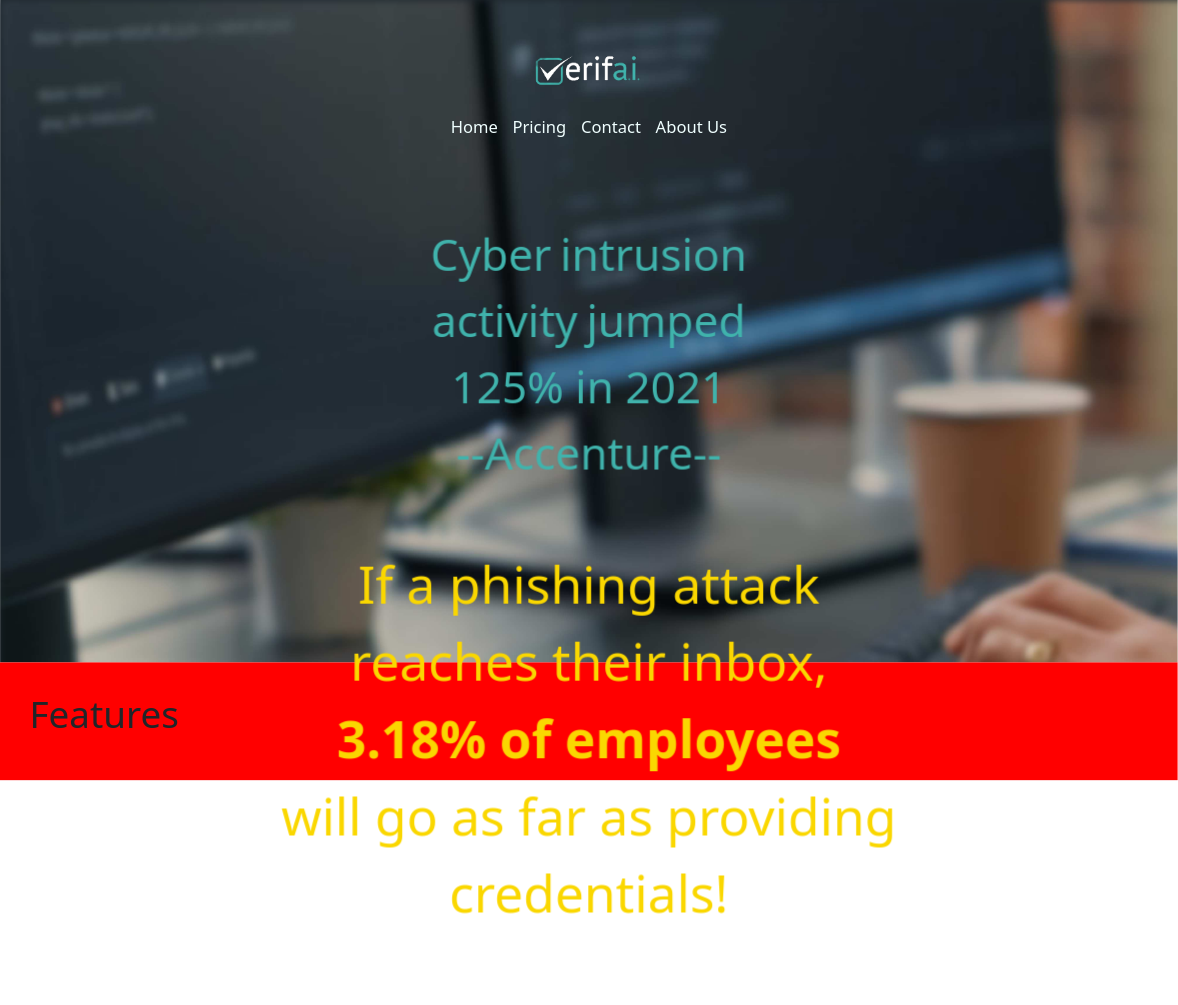
Repository: Ali-VB/verif-website
Page: /
These files come from the project's save history. The page is drawn as it stood at one moment and after the next save; the edit follows.
The browser window is 1280 px wide. The pictures show the whole page, at 92% of full size.
The project was rebuilt for these pictures with package versions that can differ from the ones it lists, and the page was loaded fresh each time.

Above is the page before, as saved 2022-04-19 10:01:04.

### src/index.css
 body {
  margin: 0;
  padding: 0;
  font-family: -apple-system, BlinkMacSystemFont, 'Segoe UI', 'Roboto', 'Oxygen',
    'Ubuntu', 'Cantarell', 'Fira Sans', 'Droid Sans', 'Helvetica Neue',
    sans-serif;
  -webkit-font-smoothing: antialiased;
  -moz-osx-font-smoothing: grayscale;
}

/* code {
  font-family: source-code-pro, Menlo, Monaco, Consolas, 'Courier New',
    monospace;
}  */

### src/App.js
import React from "react";
import './App.css'
import Navbar from './components/Navbar/Navbar';
import Features from './components/Features/Features'
import Header from './components/Header/Header'


function App() {
  return (
    <div>
      <div className="nav-bg">
        <Navbar />
        <Header />

      </div>
       <Features />
    </div>

  );
}

export default App;

### src/App.css

.nav-bg{
    background-image: url("./Assets/imgs/nav-bg.png");
    height: 100vh;
}

### src/components/Navbar/Navbar.jsx
import React from "react";
import "./Navbar.css";
import verifLogo from "../../Assets/imgs/logo_verif_white.png";
import Header from "../Header/Header";

function Navbar() {
  return (
    <div className="container">
      <div className=" navbar">
        <img className="verif-logo" src={verifLogo} alt="verif-logo" />
        <ul className="navLink">
          <li>Home</li>
          <li>Pricing</li>
          <li>Contact</li>
          <li>About Us</li>
        </ul>
      </div>
    </div>
  );
}

export default Navbar;

### src/components/Features/Features.jsx
import React from 'react'
import './Features.css'
const Features = () => {
  return (
    <div>
      <div className="features-title-section">
        <h1 className="features-title">Features</h1>
      </div>
    </div>
  )
}

export default Features

### src/components/Header/Header.jsx
import React from "react";
import "./Header.css";

export default function Header() {
  return (
    <div className="header-animated">
      <div className="text-first">
        <span className="text-first-span">Cyber</span>
        <span className="text-first-span">intrusion</span>
        <span className="text-first-span">activity</span>
        <span className="text-first-span">jumped</span>
        <span className="text-first-span">125% in 2021</span>
        <span className="text-first-span">--Accenture--</span>
      </div>
      <div className="text-second">
        <span className="text-second-span">If a phishing attack reaches their inbox,</span>
        <span className="text-second-span">3.18% of employees</span>
        <span className="text-second-span">
          will go as far as providing credentials!
        </span>
      </div>
    </div>
  );
}

### src/components/Navbar/Navbar.css

.navbar{
    display: flex;
    flex-direction: column;
    justify-content: center;
    height:10rem;
}
.verif-logo{
    width: 8rem;
    margin-top: 3rem;
}
.verif-logo:hover{
    cursor: pointer;
}
.navLink{
    margin: 0;
    padding:0;
    list-style-type: none;
    display: flex;
    color: azure;
    font-size: 18px;
    gap: 1rem;

}
.navLink:hover{
    cursor: pointer;
}

### src/components/Features/Features.css
.features-title-section{
    height: 8rem;
    background-color: red;
}
.features-title{
   padding: 2rem;
   display: inline-block;
   margin: 0 auto;
}

### src/components/Header/Header.css
.header-animated{
    overflow-wrap:break-word;
    margin:0 auto;
    padding: 3rem 5rem;
}

.text-first {
    padding: 2rem 2rem;
    color: #40B3AC;
    font-size:3rem;
    width: 40%;
    margin: 0 auto;
    text-align: center;
    transform: scale(0.94);
    animation: scale 2s forwards cubic-bezier(0.5, 1, 0.89, 1);
  }
.text-second {
    padding: 2rem 2rem;
    color: #FAD700;
    font-size:3.5rem;
    width: 70%;
    margin: 0 auto;
    text-align: center;
    transform: scale(0.94);
    animation: scale 3s forwards cubic-bezier(0.5, 1, 0.89, 1);
  }
  @keyframes scale {
    100% {
      transform: scale(1);
    }
  }

  .text-first-span {
    display: inline-block;
    opacity: 0;
    filter: blur(4px);
  }

  .text-first-span:nth-child(1) {
    animation: fade-in 1s 0.1s forwards cubic-bezier(0.11, 0, 0.5, 0);
    margin: 0 0.3rem;
  }

  .text-first-span:nth-child(2) {
    animation: fade-in 1s 0.3s forwards cubic-bezier(0.11, 0, 0.5, 0);
    margin: 0 0.3rem;
  }

  .text-first-span:nth-child(3) {
    animation: fade-in 1s 0.5s forwards cubic-bezier(0.11, 0, 0.5, 0);
    margin: 0 0.3rem;
  }

  .text-first-span:nth-child(4) {
    animation: fade-in 1s 0.7s forwards cubic-bezier(0.11, 0, 0.5, 0);
    margin: 0 0.3rem;
  }

  .text-first-span:nth-child(5) {
    animation: fade-in 1s 0.9s forwards cubic-bezier(0.11, 0, 0.5, 0);
    margin: 0 0.3rem;
  }
  .text-first-span:nth-child(6) {
    animation: fade-in 1s 0.9s forwards cubic-bezier(0.11, 0, 0.5, 0);
    margin: 0 0.3rem;
  }

  .text-second-span {
    display: inline-block;
    opacity: 0;
    filter: blur(4px);
  }

  .text-second-span:nth-child(1) {
    animation: fade-in 1.2s 2.2s forwards cubic-bezier(0.11, 0, 0.5, 0);
    margin: 0 0.3rem;
  }

  .text-second-span:nth-child(2) {
    animation: fade-in 1.8s 2.6s forwards cubic-bezier(0.11, 0, 0.5, 0);
    margin: 0 0.3rem;
    font-weight: bolder;
  }

  .text-second-span:nth-child(3) {
    animation: fade-in 1.2s 3.6s forwards cubic-bezier(0.11, 0, 0.5, 0);
    margin: 0 0.3rem;
  }


  @keyframes fade-in {
    100% {
      opacity: 1;
      filter: blur(0);
    }
  }

  @media only screen and (max-width: 992px) {
    .text-first {
        margin-top: 3rem;
        margin-bottom: 2rem;
        padding: 0.1rem 0.1rem;
        width: 90%;
        font-size:3.5rem;


      }
      .text-second {
        padding: 0.1rem 0.1rem;
        width: 90%;
        font-size:4rem;

      }
  }

  @media only screen and (max-width: 768px) {
    .text-first {
        margin-top: 4.5rem;
        margin-bottom: 3rem;
        padding: 0.1rem 0.1rem;
        width: 90%;
        font-size:1.5rem;


      }
    .text-second {
        padding: 0.1rem 0.1rem;
        width: 90%;
        font-size:2.1rem;

      }
  }

Loaded but not shown: public/index.html (common file); src/index.js (common file); src/reportWebVitals.js (common file)

After the next save:
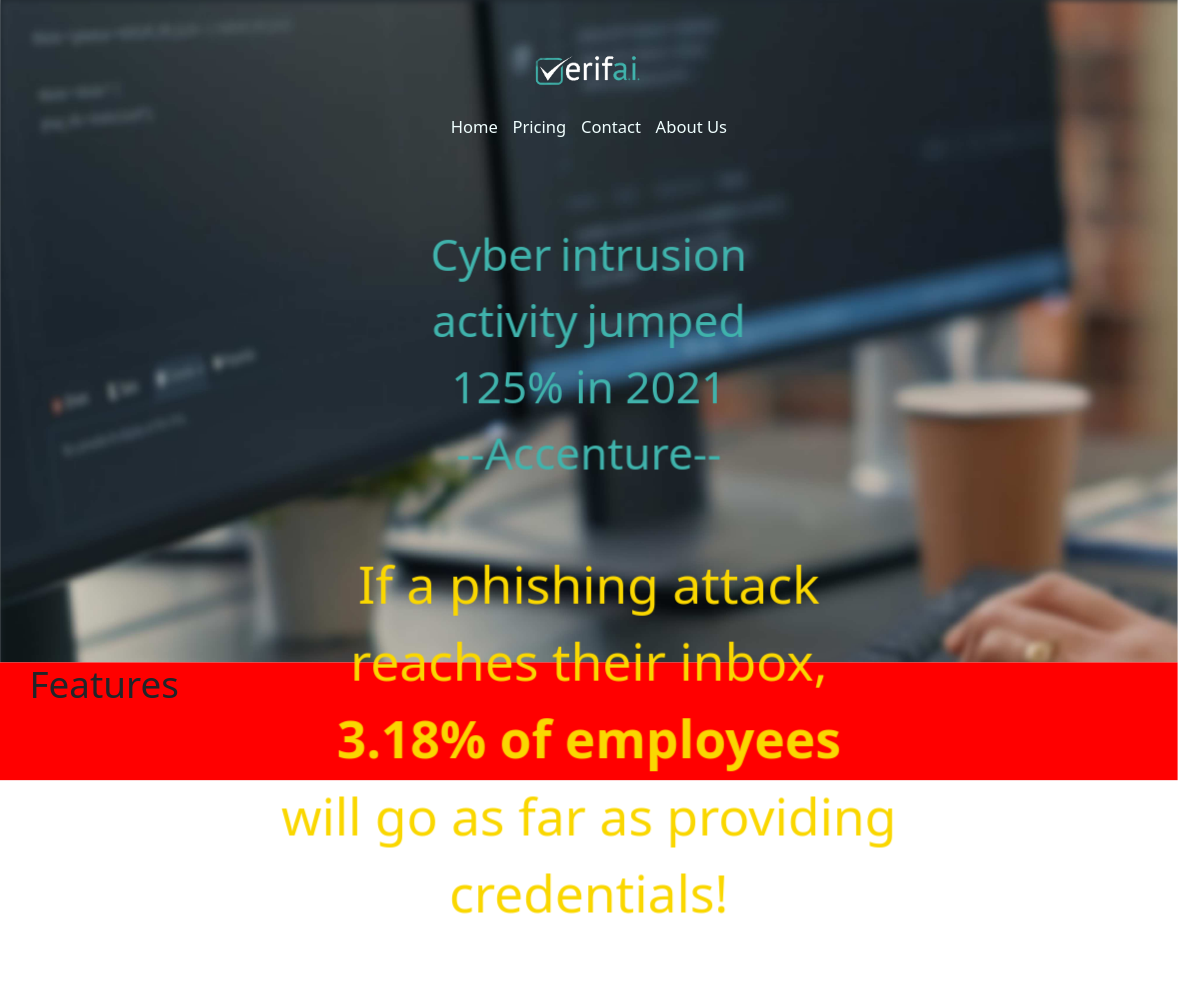
Saved 7 s later.
--- a/src/components/Features/Features.css
+++ b/src/components/Features/Features.css
@@ -4,6 +4,6 @@
 }
 .features-title{
    padding: 2rem;
-   display: inline-block;
+   display: inline;
    margin: 0 auto;
 }

After the save that followed:
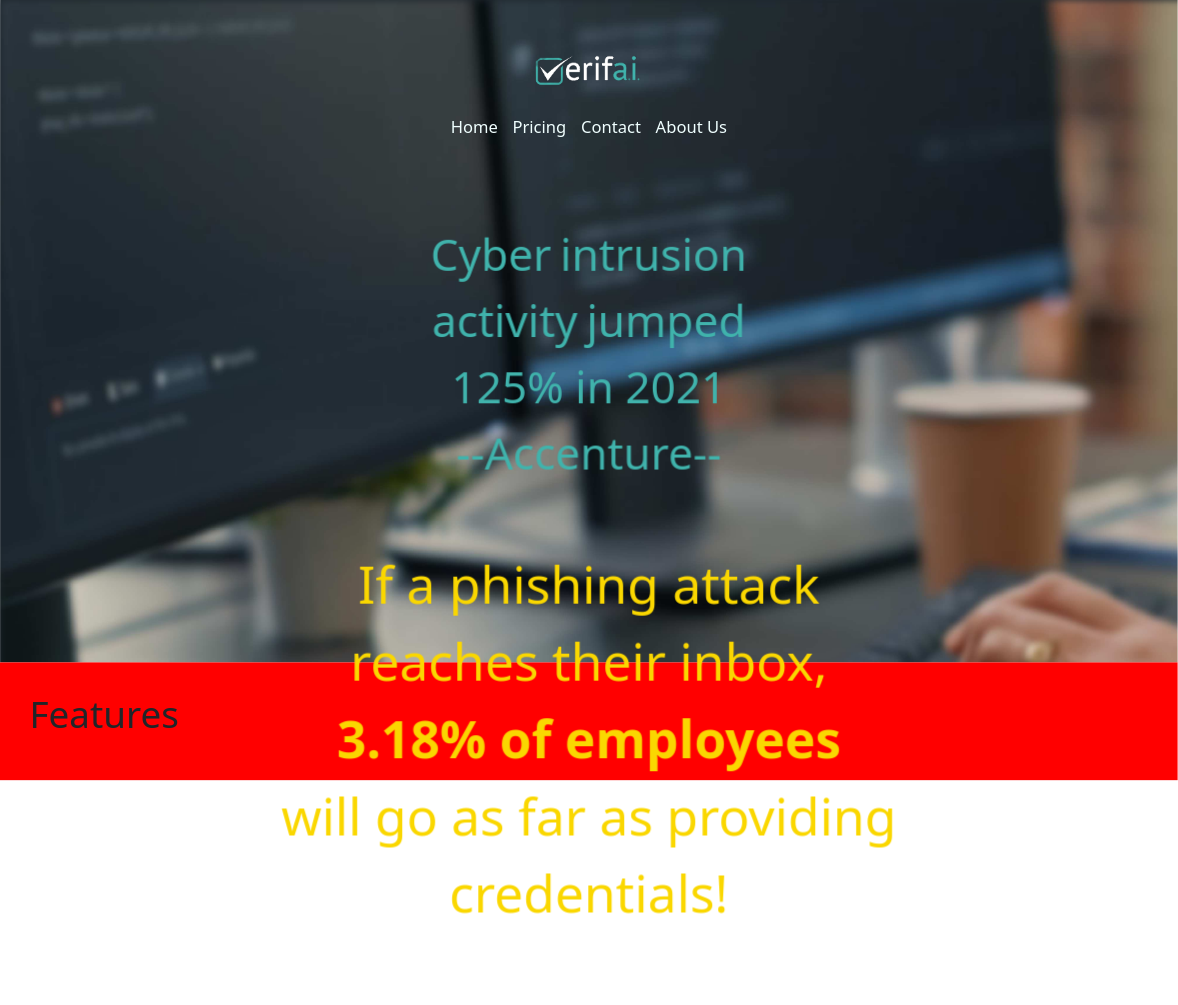
Saved 17 s later.
--- a/src/components/Features/Features.css
+++ b/src/components/Features/Features.css
@@ -4,6 +4,6 @@
 }
 .features-title{
    padding: 2rem;
-   display: inline;
+   display:
    margin: 0 auto;
 }
